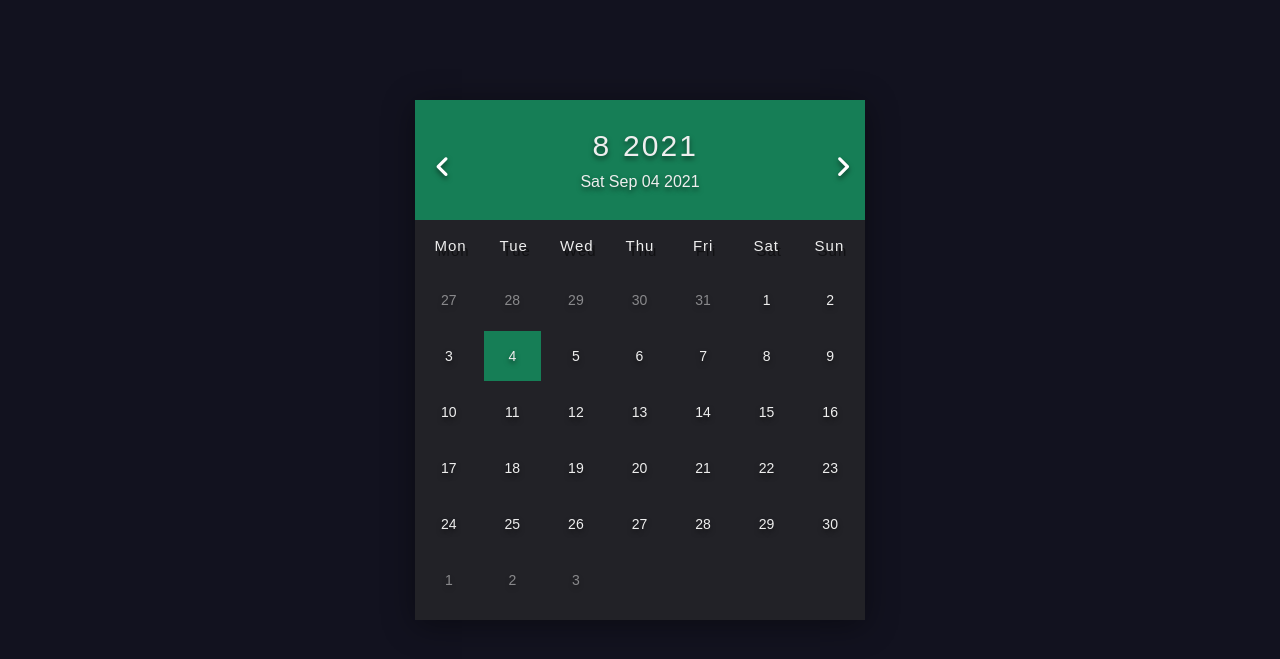
Repository: dboinska/calendar
Page: index.html
The author's editor kept a copy of each file at every save. The page is drawn from the files as they stood at one save, then again after the next save.
The browser window is 1280 px wide. The pictures show the whole page.
After loading, the first visible `p.currentDate` was clicked once.
Some web libraries are served in a nearby version.

Above is the page before, as saved 2021-09-08 05:23:09.

After the next save:
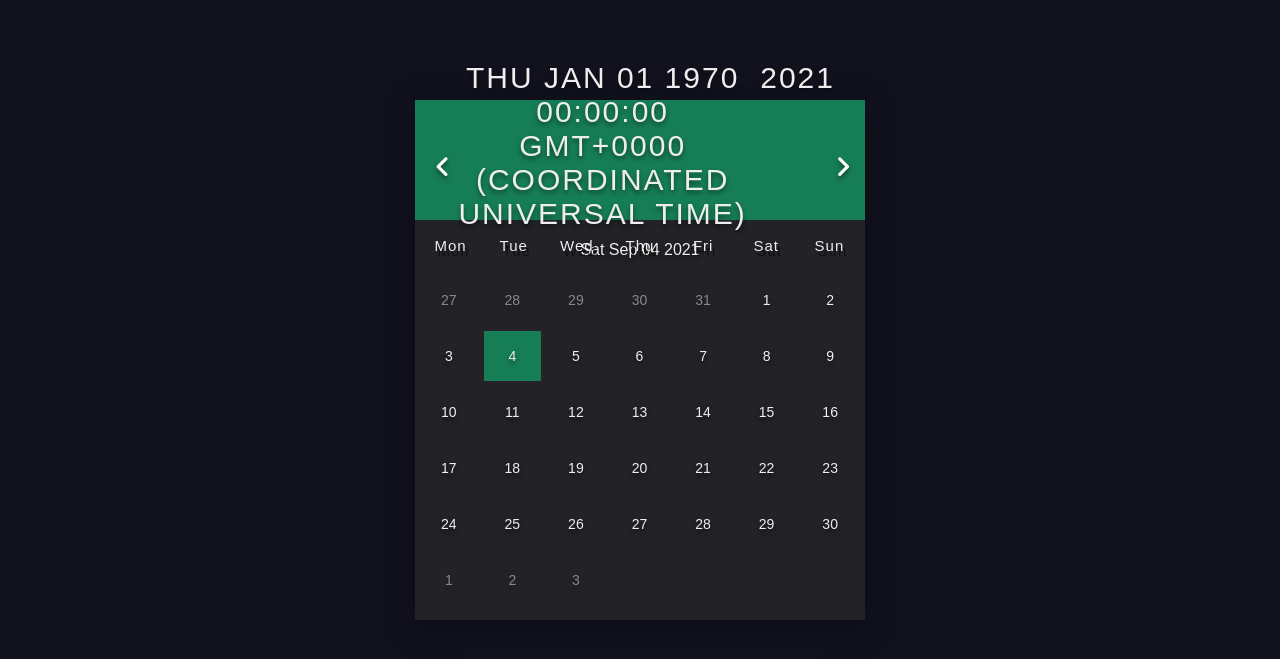
Saved 27 s later.
--- a/script.js
+++ b/script.js
@@ -217,7 +217,7 @@ currentDate.addEventListener("click", (event) => {
   // ];
   // document.querySelector(".date h1").textContent = months[date.getMonth()];
 
-  document.querySelector(".date h1").textContent = date.getMonth();
+  document.querySelector(".date h1").textContent = new Date(date.getMonth());
   document.querySelector(".date h2").textContent = date.getFullYear();
   if (findClickedDay) {
     findClickedDay.classList.remove("clickedDay");
